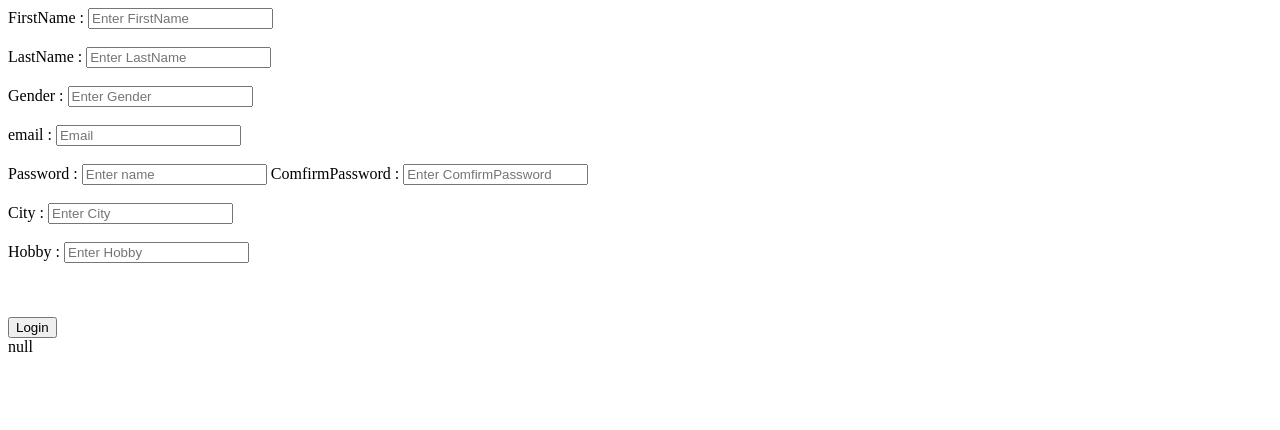
Repository: yogendra-dashore/java-ism
Page: http://localhost/23-ism-jee/Registration.jsp
An editor plug-in stored every save of this project. The page is shown before and after the next save, followed by the edit.
The browser window is 1280 px wide. The pictures show the whole page.
The page is served by Tomcat 9. Other server files are loaded and not shown.

Above is the page before, as saved 2023-04-01 10:09:46.

### 23-ism-jee/src/main/webapp/Registration.jsp
<%@ page language="java" contentType="text/html; charset=UTF-8"
    pageEncoding="UTF-8"%>
<!DOCTYPE html>
<html>
<head>
<meta charset="UTF-8">
<title>Insert title here</title>
</head>
<body>

	<%
		String error = (String)request.getAttribute("error");
	%>

<form action="Registration" method="post">
FirstName : <input text="text" name="FirstName" placeholder="Enter FirstName"> <br><br>
LastName : <input text="text" name="LastName" placeholder="Enter LastName"> <br><br>
Gender : <input text="text" name="Gender" placeholder="Enter Gender"> <br><br>
email : <input text="text" name="email" placeholder="Email"> <br><br>
Password : <input text="password" name="password" placeholder="Enter name">
ComfirmPassword : <input text="text" name="ComfirmPassword" placeholder="Enter ComfirmPassword"> <br><br>
City : <input text="text" name="City" placeholder="Enter City"> <br><br>
Hobby : <input text="text" name="Hobby" placeholder="Enter Hobby"> <br><br>

<br><br>
<input type="submit" value="Login">
</form>
<%=error%>

</body>
</html>

After the next save:
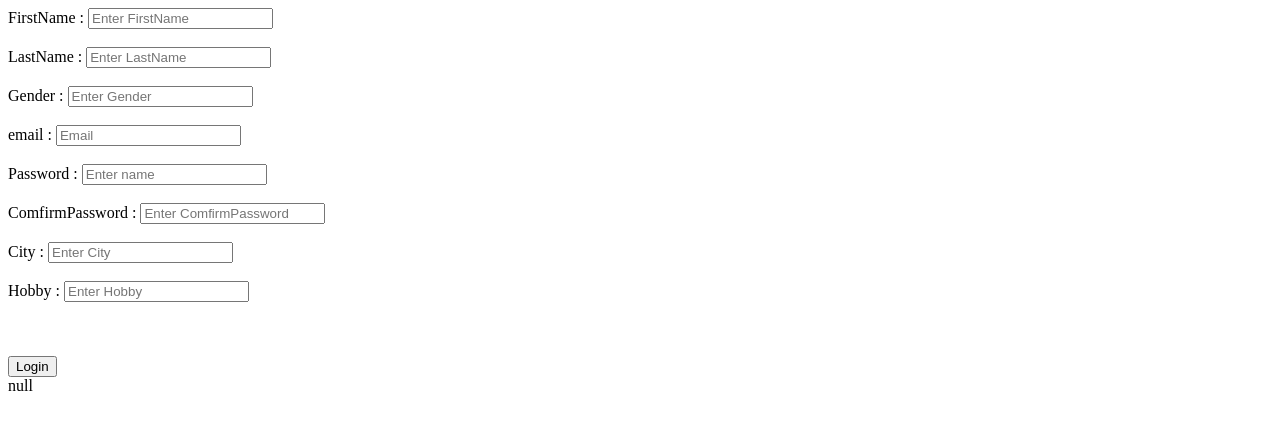
Saved 33 s later.
--- a/23-ism-jee/src/main/webapp/Registration.jsp
+++ b/23-ism-jee/src/main/webapp/Registration.jsp
@@ -17,7 +17,7 @@
 LastName : <input text="text" name="LastName" placeholder="Enter LastName"> <br><br>
 Gender : <input text="text" name="Gender" placeholder="Enter Gender"> <br><br>
 email : <input text="text" name="email" placeholder="Email"> <br><br>
-Password : <input text="password" name="password" placeholder="Enter name">
+Password : <input text="password" name="password" placeholder="Enter name"> <br><br>
 ComfirmPassword : <input text="text" name="ComfirmPassword" placeholder="Enter ComfirmPassword"> <br><br>
 City : <input text="text" name="City" placeholder="Enter City"> <br><br>
 Hobby : <input text="text" name="Hobby" placeholder="Enter Hobby"> <br><br>
